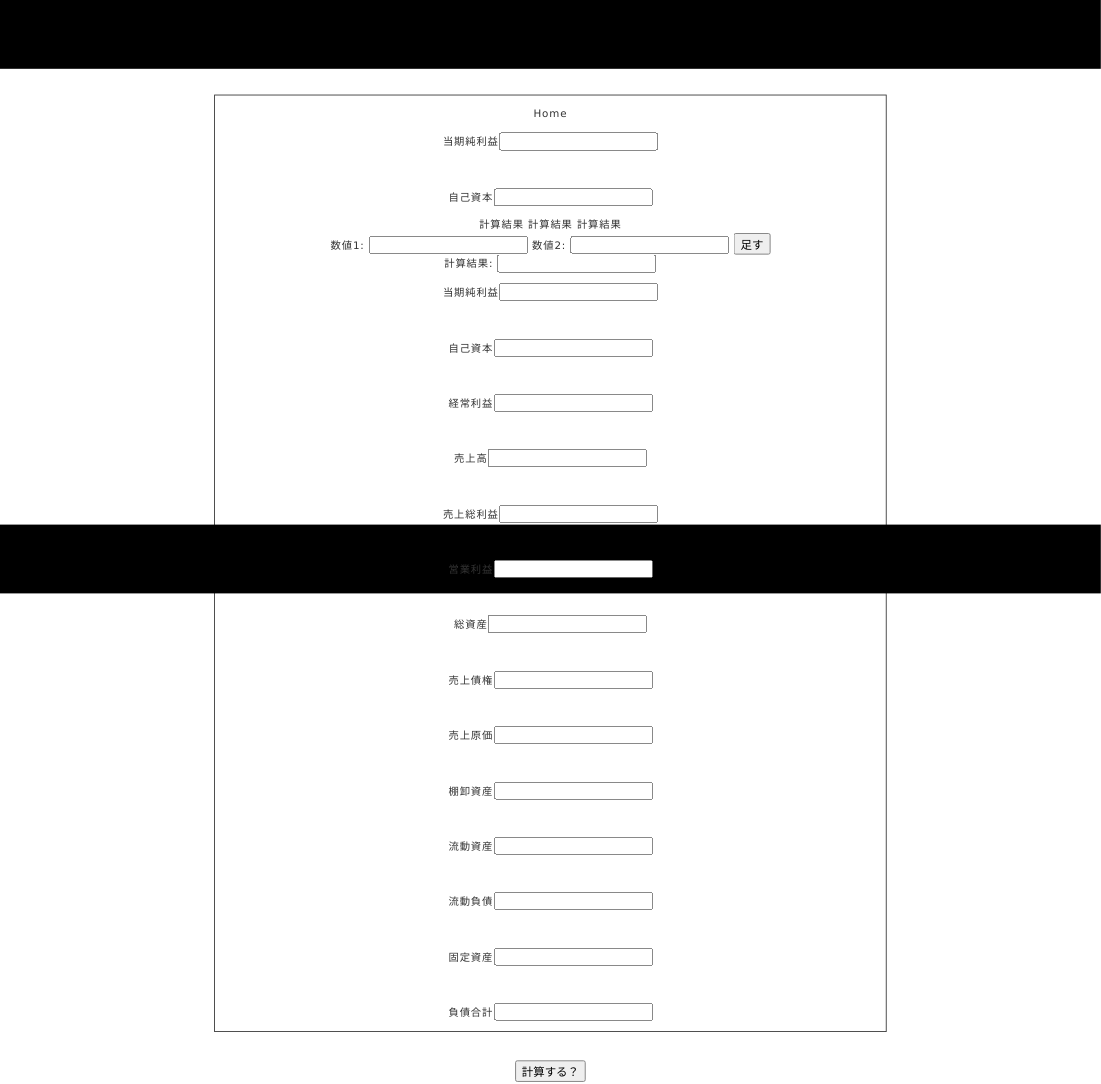
Repository: HattoriKotaro19920408/Keisanchan
Page: http://localhost/Keisanchan/
An editor plug-in stored every save of this project. The page is shown before and after the next save, followed by the edit.
The browser window is 1280 px wide. The pictures show the whole page, at 86% of full size.
The page is served by Tomcat 9.

Above is the page before, as saved 2018-08-16 02:25:31.

After the next save:
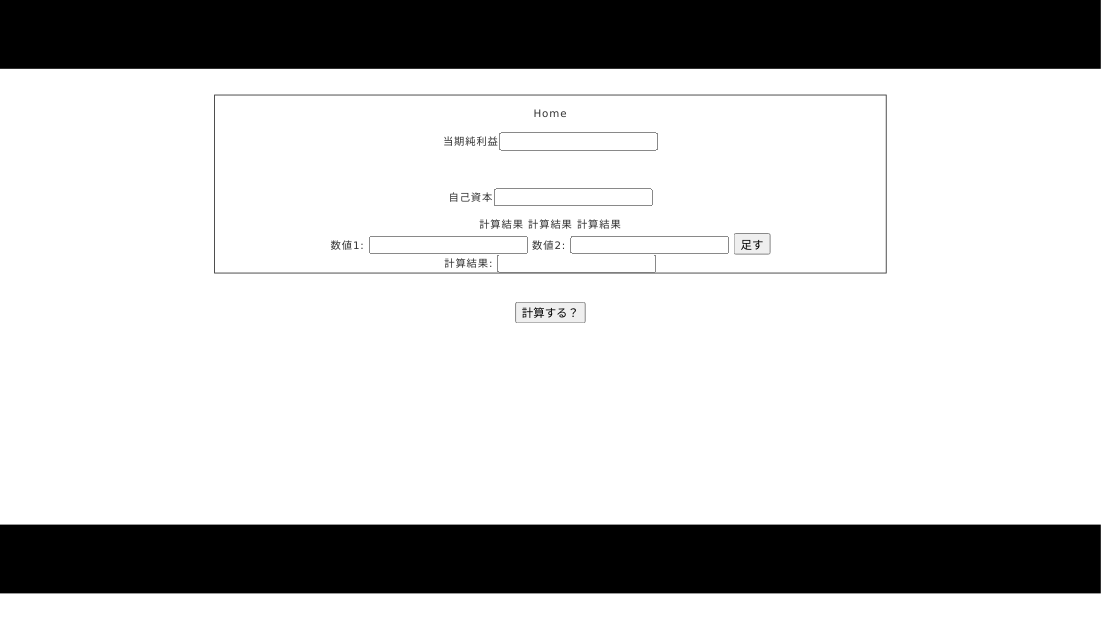
Saved 39 s later.
--- a/Keisanchan/WebContent/home.jsp
+++ b/Keisanchan/WebContent/home.jsp
@@ -92,24 +92,24 @@
 
 
 
-					 <form ="KeisanAction">
+<!-- 					 <form ="KeisanAction"> -->
 
 
-<p>当期純利益<input type="number" name="toki" value=""><p/>
-<br><p>自己資本<input type="number" name="zikoshi" value=""></p>
-<br><p>経常利益<input type="number" name="keijo" value=""></p>
-<br><p>売上高<input type="number" name="uriage" value=""></p>
-<br><p>売上総利益<input type="number" name="uriage_sori" value=""></p>
-<br><p>営業利益<input type="number" name="eigyo" value=""></p>
-<br><p>総資産<input type="number" name="total_assets" value=""></p>
-<br><p>売上債権<input type="number" name="uriage_saiken" value=""></p>
-<br><p>売上原価<input type="number" name="uriage_genka" value=""></p>
-<br><p>棚卸資産<input type="number" name="tana" value=""></p>
-<br><p>流動資産<input type="number" name="ryudo_assets" value=""></p>
-<br><p>流動負債<input type="number" name="ryudo_fusai" value=""></p>
-<br><p>固定資産<input type="number" name="kotei_assets" value=""></p>
-<br><p>負債合計<input type="number" name="total_fusai" value=""></p>
-</form>
+<!-- <p>当期純利益<input type="number" name="toki" value=""><p/> -->
+<!-- <br><p>自己資本<input type="number" name="zikoshi" value=""></p> -->
+<!-- <br><p>経常利益<input type="number" name="keijo" value=""></p> -->
+<!-- <br><p>売上高<input type="number" name="uriage" value=""></p> -->
+<!-- <br><p>売上総利益<input type="number" name="uriage_sori" value=""></p> -->
+<!-- <br><p>営業利益<input type="number" name="eigyo" value=""></p> -->
+<!-- <br><p>総資産<input type="number" name="total_assets" value=""></p> -->
+<!-- <br><p>売上債権<input type="number" name="uriage_saiken" value=""></p> -->
+<!-- <br><p>売上原価<input type="number" name="uriage_genka" value=""></p> -->
+<!-- <br><p>棚卸資産<input type="number" name="tana" value=""></p> -->
+<!-- <br><p>流動資産<input type="number" name="ryudo_assets" value=""></p> -->
+<!-- <br><p>流動負債<input type="number" name="ryudo_fusai" value=""></p> -->
+<!-- <br><p>固定資産<input type="number" name="kotei_assets" value=""></p> -->
+<!-- <br><p>負債合計<input type="number" name="total_fusai" value=""></p> -->
+<!-- </form> -->
 
 
          </div>
